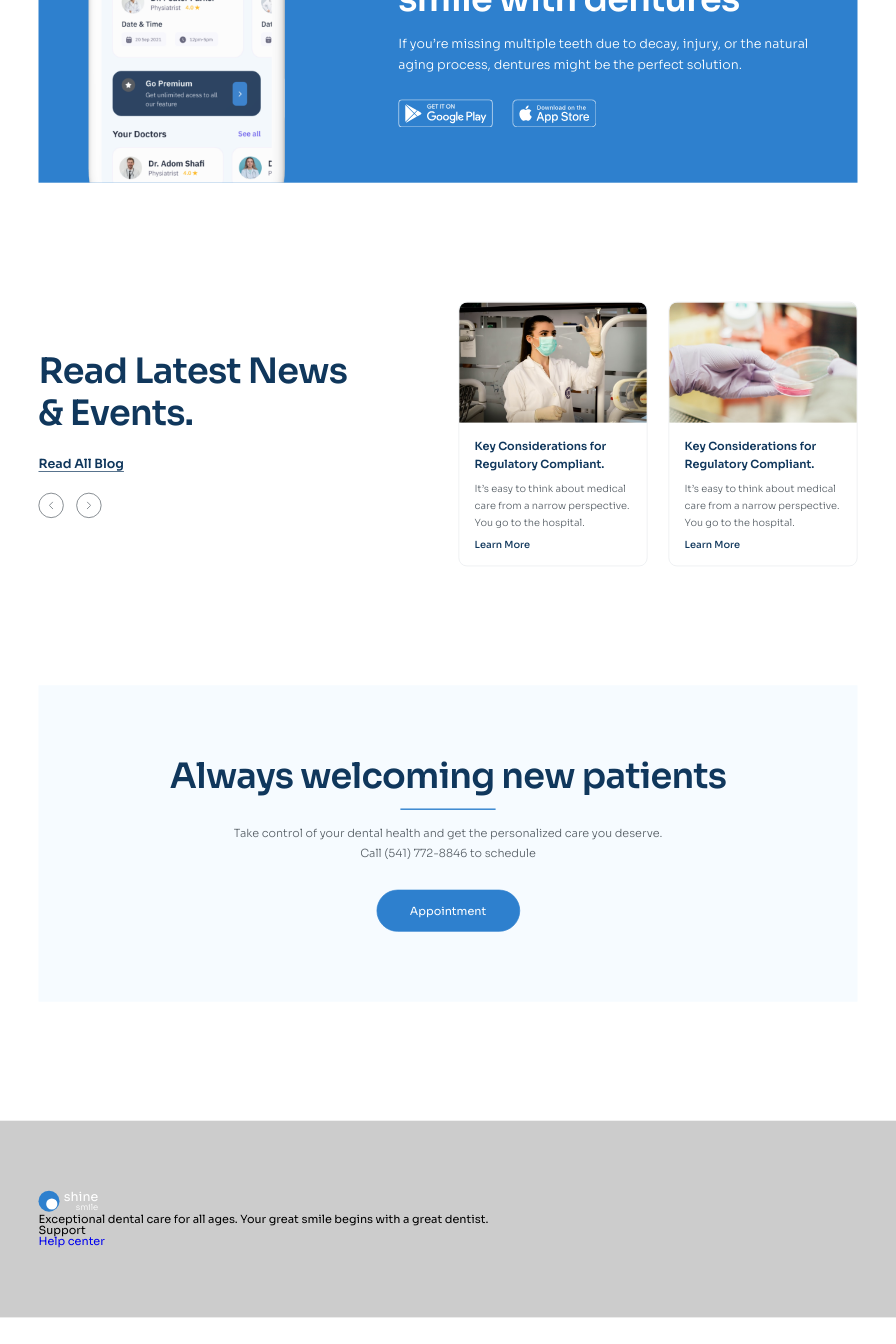
Repository: han2003dz/f8-project-03
Page: index.html
The author's editor kept a copy of each file at every save. The page is drawn from the files as they stood at one save, then again after the next save.
The browser window is 1280 px wide. The pictures show the part of the page from y = 4580 to 6500 px (the page is 8000 px tall), at 70% of full size.

Above is the page before, as saved 2023-05-09 00:10:57.

After the next save:
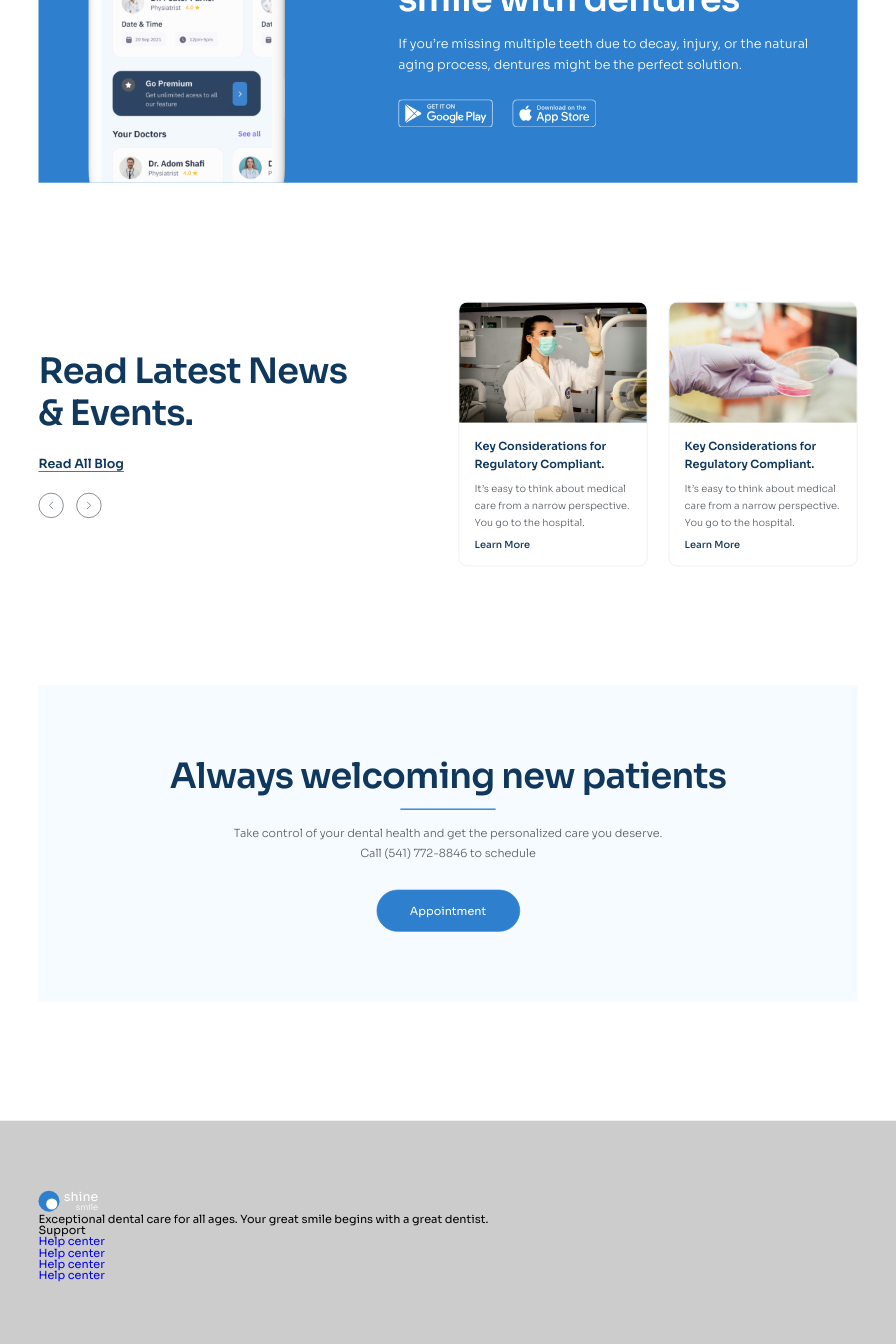
Saved 6 s later.
--- a/index.html
+++ b/index.html
@@ -400,6 +400,15 @@
                         <li>
                             <a href="#!" class="footer__link">Help center</a>
                         </li>
+                        <li>
+                            <a href="#!" class="footer__link">Help center</a>
+                        </li>
+                        <li>
+                            <a href="#!" class="footer__link">Help center</a>
+                        </li>
+                        <li>
+                            <a href="#!" class="footer__link">Help center</a>
+                        </li>
                     </ul>
                 </div>
                 <div class="footer__col"></div>
